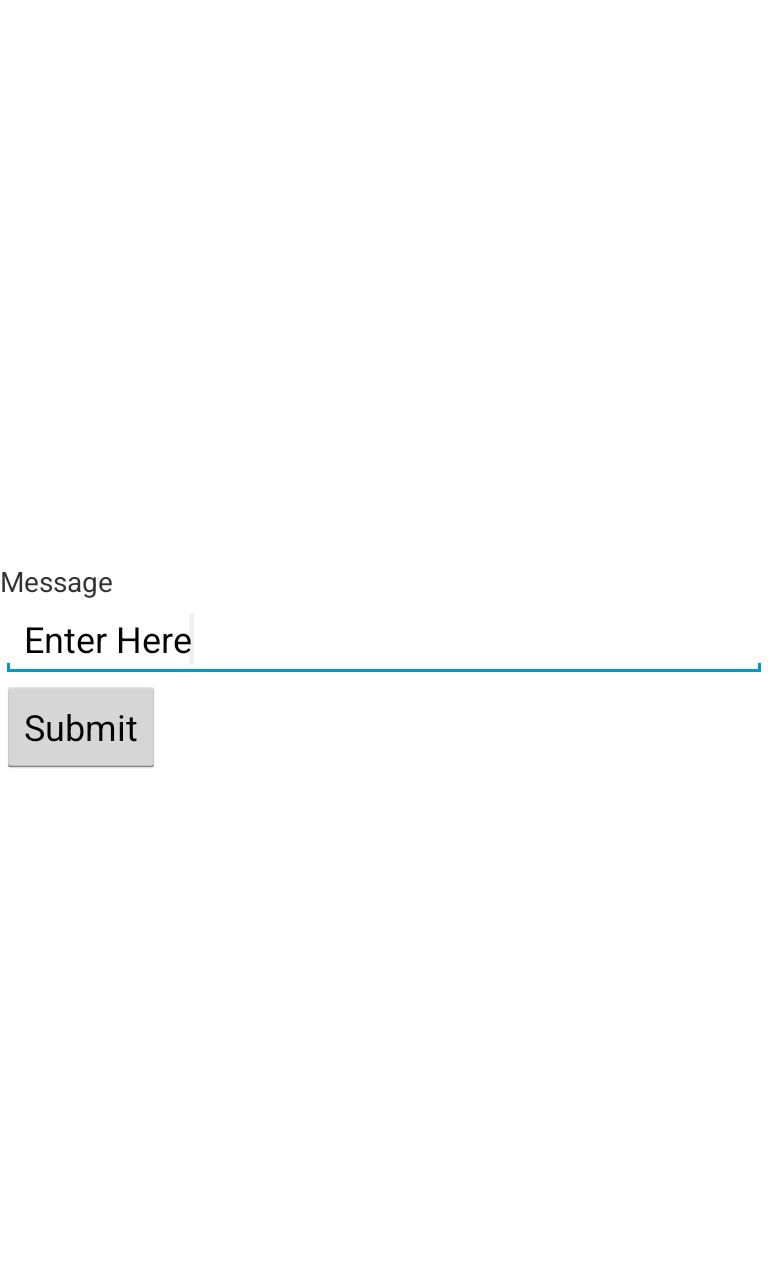
Repository: yuanpeixin/Project
Layout: GameForum/res/layout/add_reply.xml
The author's editor kept a copy of each file at every save. The layout is drawn from the files as they stood at one save, then again after the next save.
It is drawn on a 768 x 1280 px phone screen (xhdpi) without system bars, with theme AppTheme; the app's code is not run.

Above is the layout before, as saved 2015-10-07 03:39:48.

After the next save:
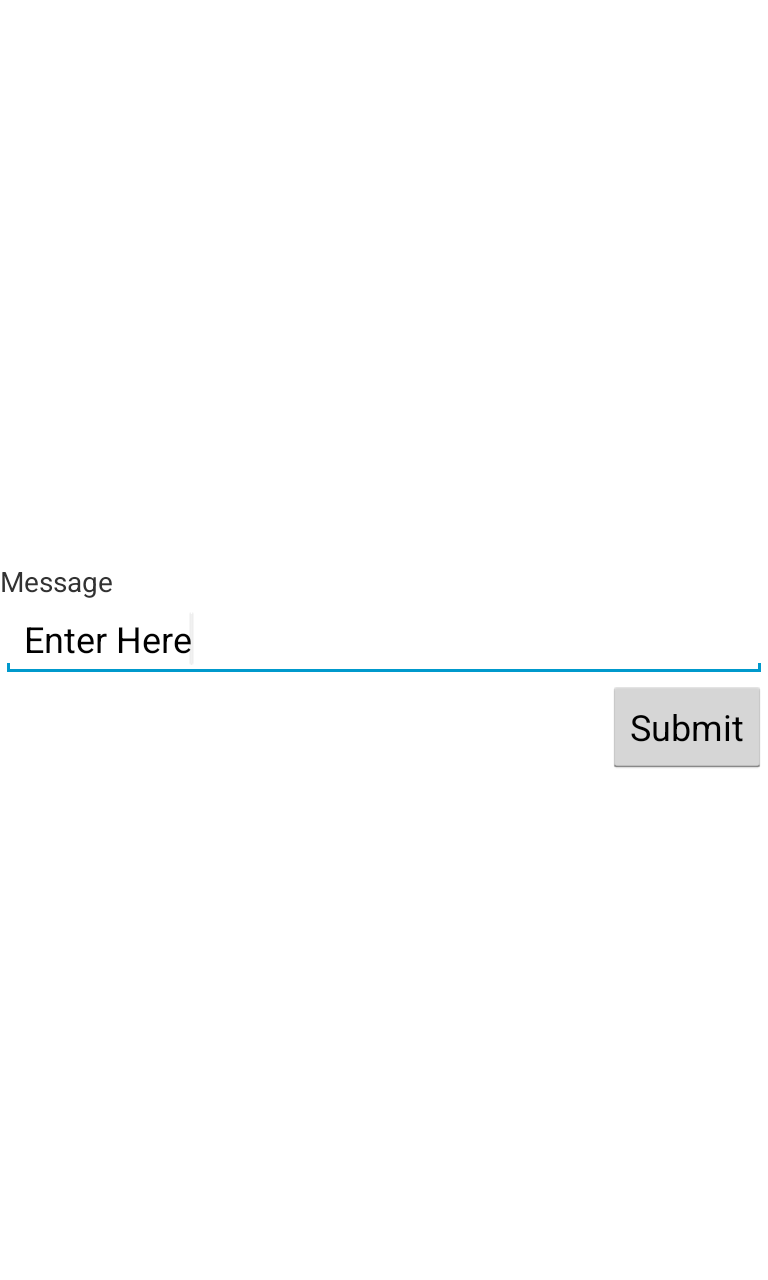
Saved 9 s later.
--- a/GameForum/res/layout/add_reply.xml
+++ b/GameForum/res/layout/add_reply.xml
@@ -28,7 +28,7 @@
         android:layout_width="wrap_content"
         android:layout_height="wrap_content"
         android:layout_below="@+id/arET"
-        android:layout_alignParentRight=""
+        android:layout_alignParentRight="true"
         android:text="Submit" />
 
 </RelativeLayout>
